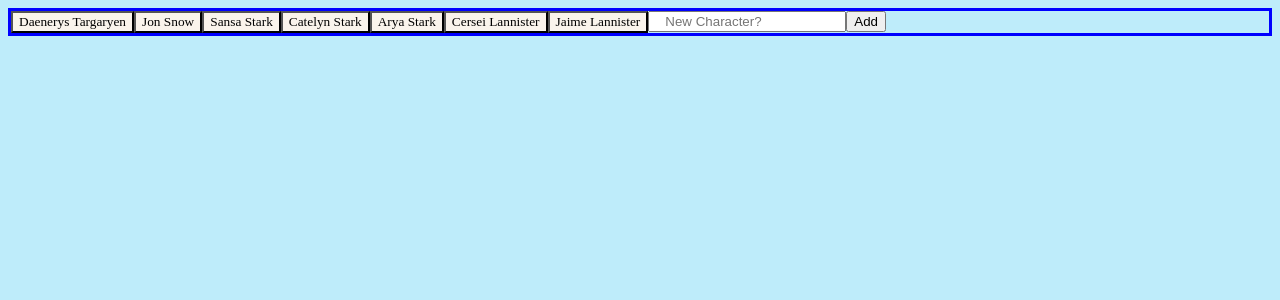
Repository: dsaftler/GifTastic
Page: index.html
An editor plug-in stored every save of this project. The page is shown before and after the next save, followed by the edit.
The browser window is 1280 px wide. The pictures show the whole page.
Some web libraries are served in a nearby version.

Above is the page before, as saved 2019-04-20 08:21:44.

### index.html
<!DOCTYPE html>
<html lang="en">
<head>
    <!-- meta tags -->
    <meta http-equiv="content-type" content="text/html; charset=utf-8">
    <meta name="viewport" content="width=device-width, initial-scale=1.0">
    <!-- bootstrap -->

    <!-- custom css -->
    <link rel="stylesheet" href="assets/CSS/style.css" type="text/css">

  <title>GOT Giffy?</title>
</head>
<body>
<div class="container">
  <div class="btnsDiv">
  <div class="getTopic">

    <form role="form">

      <!-- Here we create the text box for capturing the search term-->
      <div class="form-group">
        <label for="search">New Character? </label>
        <input type="text" class="form-control" id="search-term">
      </div>

      <!-- Here we capture the number of records that the user wants to retrieve  -->
      <!-- <div class="form-group">
        <label for="pwd">Number of Imagess to Retrieve:</label>
        <select id="article-count" class="custom-select" aria-labelledby="dropdownMenuButton">
          <option selected value="1">1</option>
          <!-- Setting the option for 5 as default -->
          <!-- <option value="5" selected>5</option>
          <option value="10">10</option>
        </select>
      </div> -->


      <!-- Here we have our final submit button -->
      <button type="submit" class="btn btn-default" id="run-search">
        <i class="fa fa-search"></i> Search</button>

    </form>




  </div>
  <div class="showGifs">

  </div>

  </div>

</div>
<!-- <iframe src="https://giphy.com/embed/26FmPX0RBmzdY2HmM" width="480" height="239" frameBorder="0" class="giphy-embed"
  allowFullScreen></iframe>
<p><a href="https://giphy.com/gifs/gameofthrones-game-of-thrones-hbo-26FmPX0RBmzdY2HmM">via GIPHY</a></p> -->
<!-- bootstrap scripts -->
 <script src="https://cdnjs.cloudflare.com/ajax/libs/jquery/3.2.1/jquery.min.js"></script>
<script src="https://cdnjs.cloudflare.com/ajax/libs/popper.js/1.14.7/umd/popper.min.js"
  integrity="sha384-UO2eT0CpHqdSJQ6hJty5KVphtPhzWj9WO1clHTMGa3JDZwrnQq4sF86dIHNDz0W1" crossorigin="anonymous"></script>
<script src="https://stackpath.bootstrapcdn.com/bootstrap/4.3.1/js/bootstrap.min.js"
  integrity="sha384-JjSmVgyd0p3pXB1rRibZUAYoIIy6OrQ6VrjIEaFf/nJGzIxFDsf4x0xIM+B07jRM" crossorigin="anonymous"></script>
<script src="assets/Javascript/app.js"></script>

</body>
</html>

### assets/CSS/style.css
body {
  background-image: "assets/images/ezgif.com-resize.webp";
  background-color: rgb(190, 236, 250);
  font-family: 'Metamorphous',cursive;
  font-size: 16px;

}
.btnsDiv{
  background-color: rgb(190, 236, 250);
  border: 3px solid blue;
}
#newTopic{
  padding-left: 15px;
}
.imgBtn{
  font-family: "Metamorphous";
  font-size: 20 px;
  background-color: rgb(250, 244, 236);
  color: black;

}
.getTopic{
  float: left;
  border: 3px solid purple;
}
.gif{
  padding: 10px;
  border: 2px solid grey;
}
.showGifs{
  border: 4px solid green;
}
.info{
  font-size: 12px;
}
.imgContainer{
  position: relative;
}
.infoText {
  border: 3px solid red;
  position: absolute;
  bottom: 5px;
  background-color: black;
  color: white;
  padding: 4px;
}
.favorites{
  border: 3px solid aquamarine;
}

### assets/Javascript/app.js
var topics = ["Daenerys Targaryen", "Jon Snow", "Sansa Stark", "Catelyn Stark","Arya Stark", "Cersei Lannister", "Jaime Lannister"];
// var topics = ["Jon Snow",  "Arya", "Daenerys"];
var favorites=[];
var topic, newBtn, i, btnId;
var thisImg;
var myTopic;
var nextBatchPt=0
var newTopic
var getNewTopic
// isAdd=false;
//$("button").on("click", getGif());
// $(".getTopic").hide();
$("#getMore").hide();
$(function () {
  createButtons();


});

function createButtons() {
  $(".btnsDiv").empty()
  for (let i=0; i<topics.length; i++) {
    topic=topics[i]
    // btnId ='topicbtn_' + i
    var newBtn = $('<button>' + topic + '</button>')
        .addClass('imgBtn')
        .attr("id",'topicbtn_' + i)
        .attr('onclick', 'getGif(this.textContent,0);')
       $(".btnsDiv").append(newBtn);
    };
    newTopic=$("<input/>").attr({ type: "text", id: "newTopic", placeholder: "New Character?"});

    getNewTopic =$('<button>Add</button>')
      .addClass('addBtn')
      .attr('onclick', 'addTopic($("#newTopic").val().trim());')

    $(".btnsDiv").append(newTopic);
    $(".btnsDiv").append(getNewTopic);
  }
function addTopic(newTopic){
  topics.push(newTopic);
  console.log(topics)
  createButtons();
}
function getGif(thisTopic,batchsize){
 $("#getMore").hide();
 myTopic=thisTopic
 if (batchsize>0){
   nextBatchPt = nextBatchPt+10
 }
  //alert("clicked "+myTopic );
  var queryURL = "http://api.giphy.com/v1/gifs/search?q=" +
    myTopic + "&offset="+nextBatchPt+
    "&api_key=cQ6v8TyEzI3FgHn04lpj1mdBt9i4u5n8&limit=10";
  $.ajax({
    url: queryURL,
    method: "GET"
  })
    .then(function (response) {
      // Storing an array of results in the results variable
      var results = response.data;
    console.log(results);
      showGifs(results,batchsize>0)
  });
};
function showGifs(imgSet,isAdd){

  //console.log(imgSet);
  if (!isAdd===true){
     $(".showGifs").empty();
  }else{
    $("#getMore").remove();
  };

  for (var i = 0; i < imgSet.length; i++) {

    var imgId = 'image_' + [i]
    var  newGif= $('<img />',{
        src:imgSet[i].images.fixed_height_still.url,
        "data-still": imgSet[i].images.fixed_height_still.url,
        "data-animate": imgSet[i].images.fixed_height.url,
        "data-state":"still",
        "data-url": imgSet[i].images.url,
        id:imgId,
        alt: imgSet[i].title,
        title: "Title: " + imgSet[i].title + "  Rating: " + imgSet[i].rating ,
        class: 'gif'});
        // .attr('onclick', 'getGif(this.textContent,0);')
        newGif.attr('onclick', 'changeState(this.id);')
        //#region   --- infoText
    //  newGif.attr('onclick', 'changeState();');
    // //console.log(newGif);
    //    var infoWidth=imgSet[i].images.fixed_height_still.width + 20;
    //    var infoText = $('<p class="infoText" width=infoWidth></p>');
    //    $(".infoText").text("Title: " + imgSet[i].title + '</br>'
    //     +"Rating: " + imgSet[i].rating + '</br>'
    //     + "Height:" + imgSet[i].images.fixed_height_still.height + '</br>'
    //     + "Width:" + imgSet[i].images.fixed_height_still.width+'</br>')
    // $(".info").text(infoText);
    // Setting the src attribute of the image to a property pulled off the result item
    //  console.log(infoText);
      // !the rating should be UNDER the gif
    //$(".gif").wrap("<div class='imgContainer' width=imgSet[i].images.fixed_height_still.width+20></div>")
    //$(".imgContainer").append($(".infoText"))
    //#endregion

    // Appending the paragraph and image tag to the animalDiv
   // $(".showGifs").append($(".imgContainer"));
     $(".showGifs").append(newGif);
    //  $(".showGifs").append(infoText);
    }
  // $('.gif').click(changeState());
    var getMoreBtn = $('<button>Get 10 More ?</button>')
       .attr("id", "getMore")
      .attr('onclick', 'getGif(myTopic,10);')
    $(".showGifs").append(getMoreBtn);
  };

// var imgTag = document.getElementsByClass("gif");
// imgTag.addEventListener("click", function () {
// function changeState() {
$(".gif").on("click",function() {
  var state = $(this).attr("data-state");
    if (state === "still") {
     $(this).attr("src", $(this).attr("data-animate"));
     $(this).attr("data-state", "animate");
    } else {
     $(this).attr("src", $(this).attr("data-still"));
     $(this).attr("data-state", "still");
   }
  });
function changeState(myImg) {
var state = $(this).attr("data-state");

    if (state === "still") {
      $(this).attr("src", $(this).attr("data-animate"));
      $(this).attr("data-state", "animate");
    } else {
      $(this).attr("src", $(this).attr("data-still"));
      $(this).attr("data-state", "still");
    }
 };

$(".gif").dblclick(function () {
  console.log(thisImg)
  favorites.push(thisImg);
});
//https://media3.giphy.com/media/U3CfsSrd9CbCP95h4d/200_s.gif

  //TODO add the form for input and add button

After the next save:
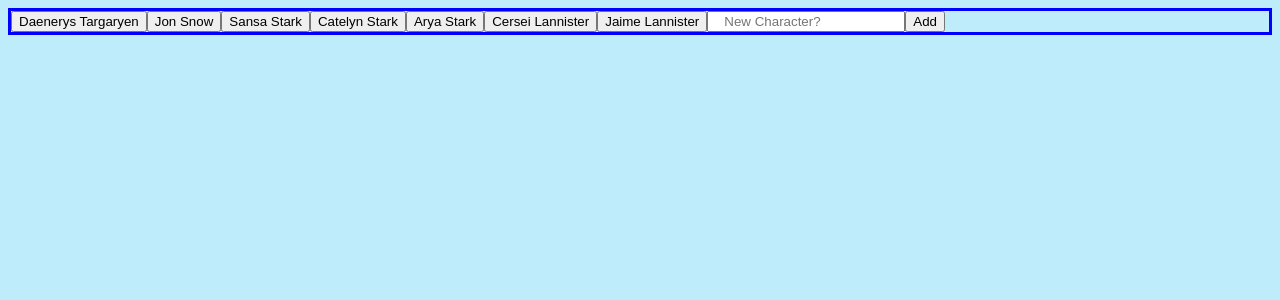
Saved 112 s later.
--- a/assets/CSS/style.css
+++ b/assets/CSS/style.css
@@ -12,7 +12,7 @@
 #newTopic{
   padding-left: 15px;
 }
-.imgBtn{
+.imgBtn .addBtn #addMore {
   font-family: "Metamorphous";
   font-size: 20 px;
   background-color: rgb(250, 244, 236);

After the save that followed:
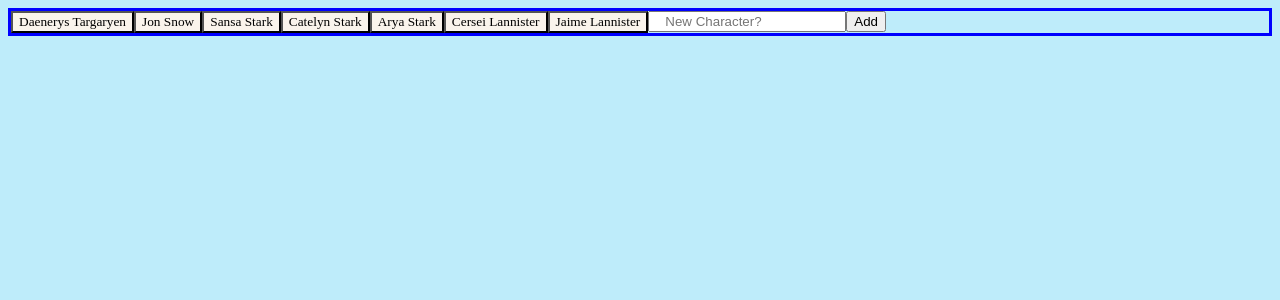
Saved 37 s later.
--- a/assets/CSS/style.css
+++ b/assets/CSS/style.css
@@ -12,7 +12,7 @@
 #newTopic{
   padding-left: 15px;
 }
-.imgBtn .addBtn #addMore {
+.imgBtn{
   font-family: "Metamorphous";
   font-size: 20 px;
   background-color: rgb(250, 244, 236);
